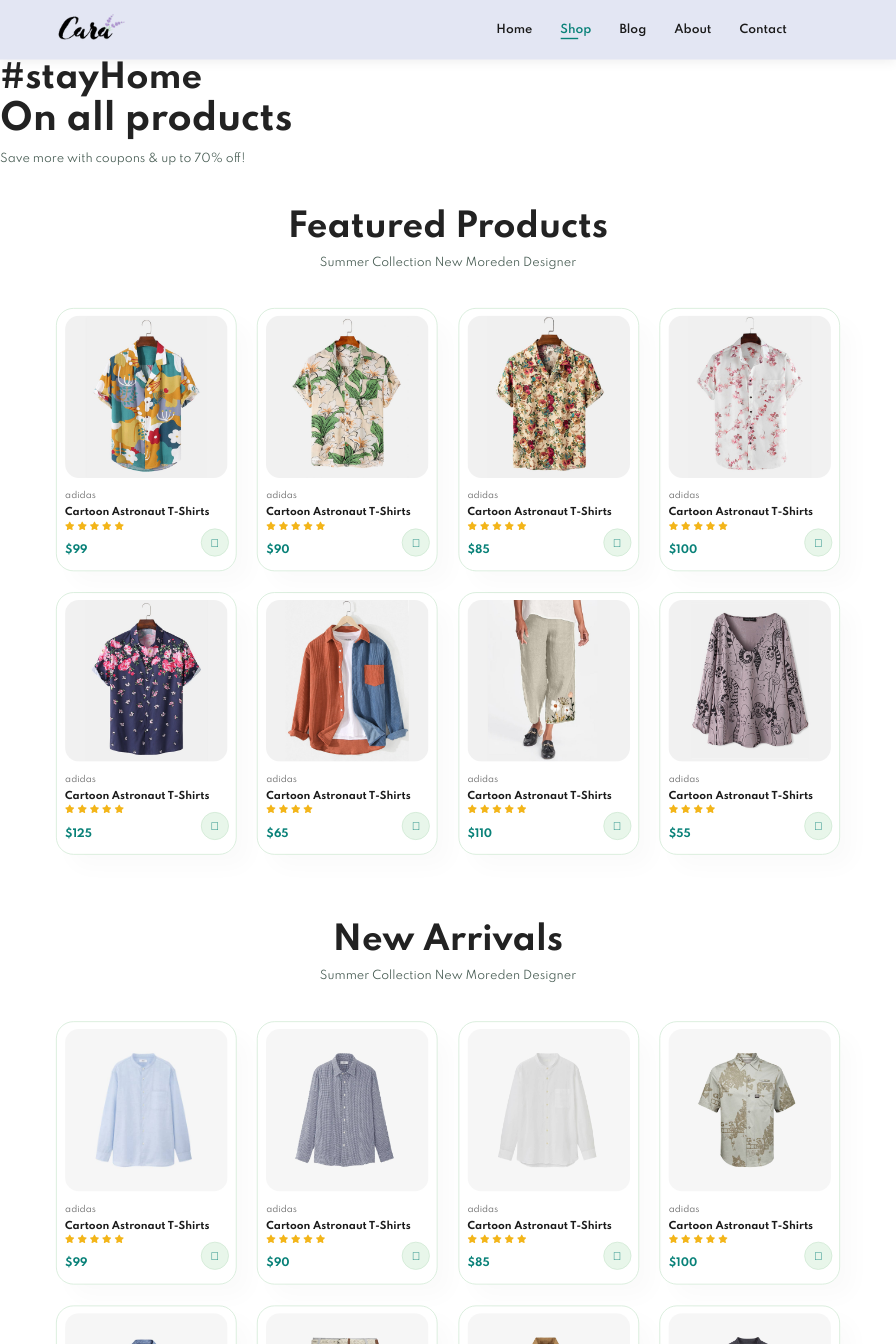
Repository: MinhNhatIT2901/Ecommerce
Page: shop.html
The author's editor kept a copy of each file at every save. The page is drawn from the files as they stood at one save, then again after the next save.
The browser window is 1280 px wide. The pictures show the part of the page from y = 0 to 1920 px (the page is 2948 px tall before and 3064 px after), at 70% of full size.
Some web libraries are served in a nearby version.

Above is the page before, as saved 2022-01-08 21:04:53.

After the next save:
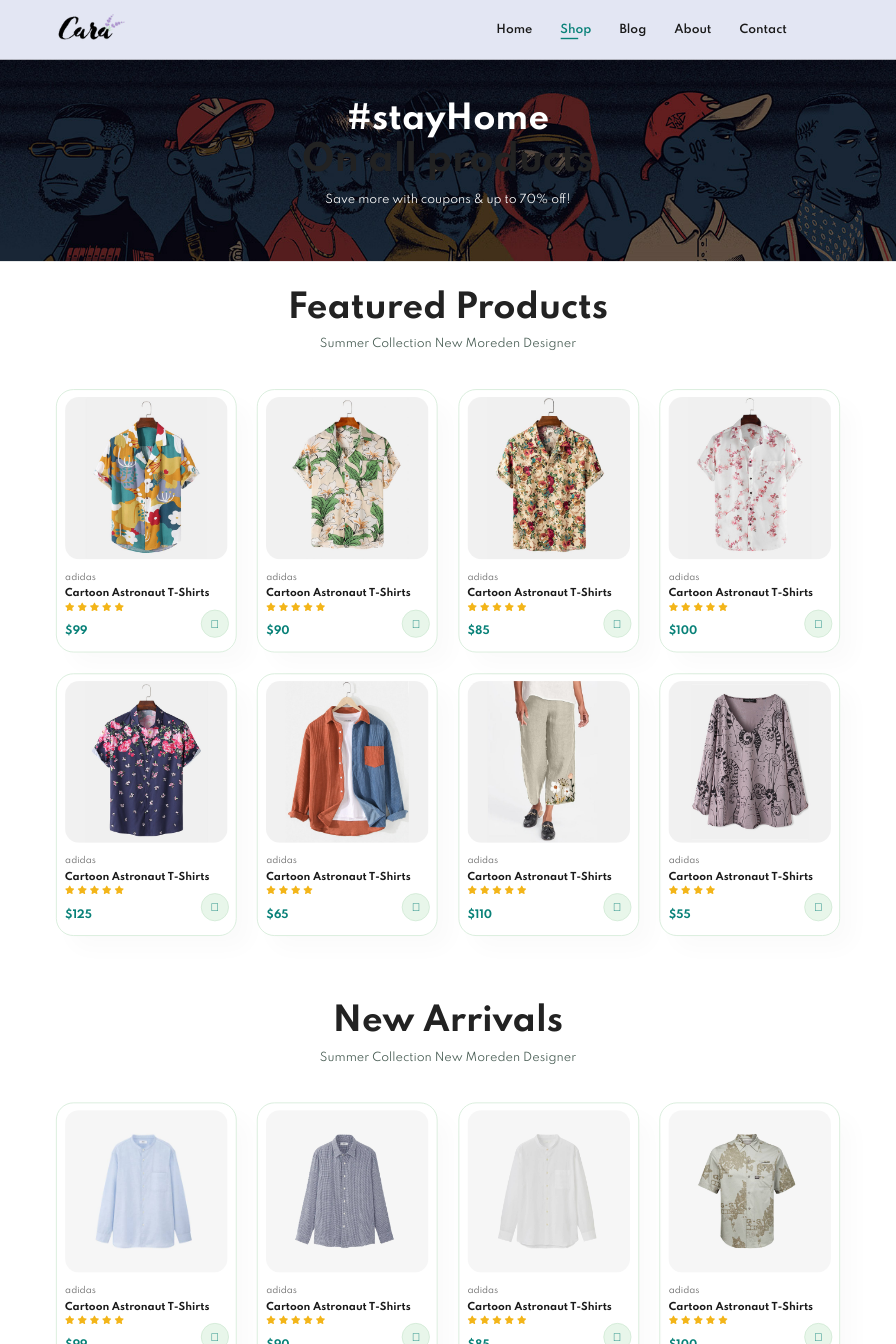
Saved 2 min 35 s later.
--- a/style.css
+++ b/style.css
@@ -527,6 +527,25 @@ footer a:hover {
 
 .copyright {
   text-align: center;
+}
+
+/* Shop */
+#page-header {
+  background-image: url("imgs/img/banner/b1.jpg");
+  width: 100%;
+  height: 40vh;
+  background-size: cover;
+  display: flex;
+  justify-content: center;
+  align-items: center;
+  text-align: center;
+  flex-direction: column;
+  padding: 14px;
+}
+
+#page-header h2,
+#page-header p {
+  color: #fff;
 }
 
 /* Reponsive Start Media */
